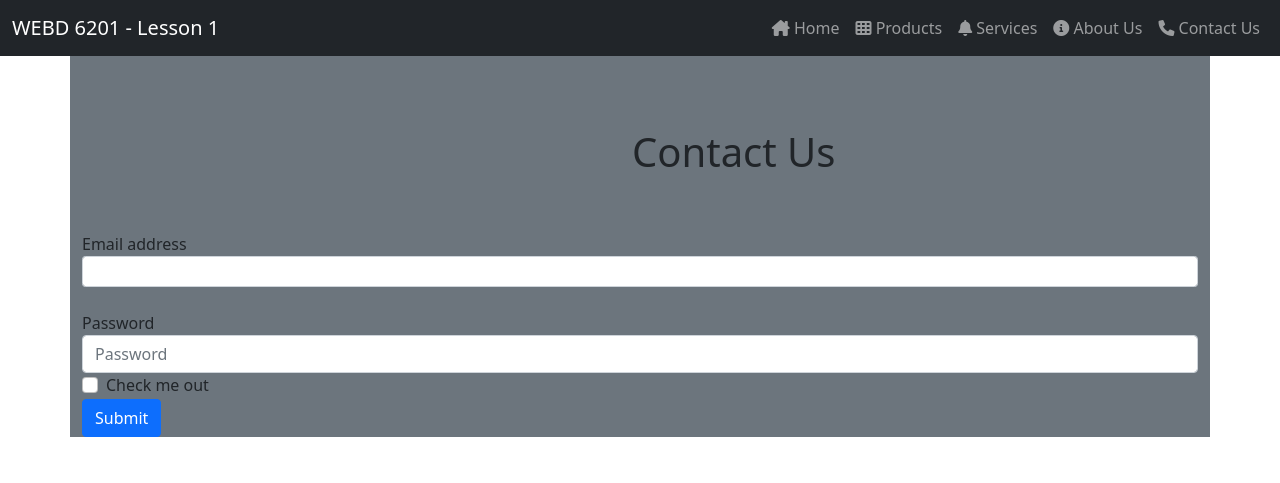
Repository: devanshudave1901/DevanshuDave_AngaranYogeswaranLab2
Page: contact.html
An editor plug-in stored every save of this project. The page is shown before and after the next save, followed by the edit.
The browser window is 1280 px wide. The pictures show the whole page.

Above is the page before, as saved 2022-02-10 12:18:43.

After the next save:
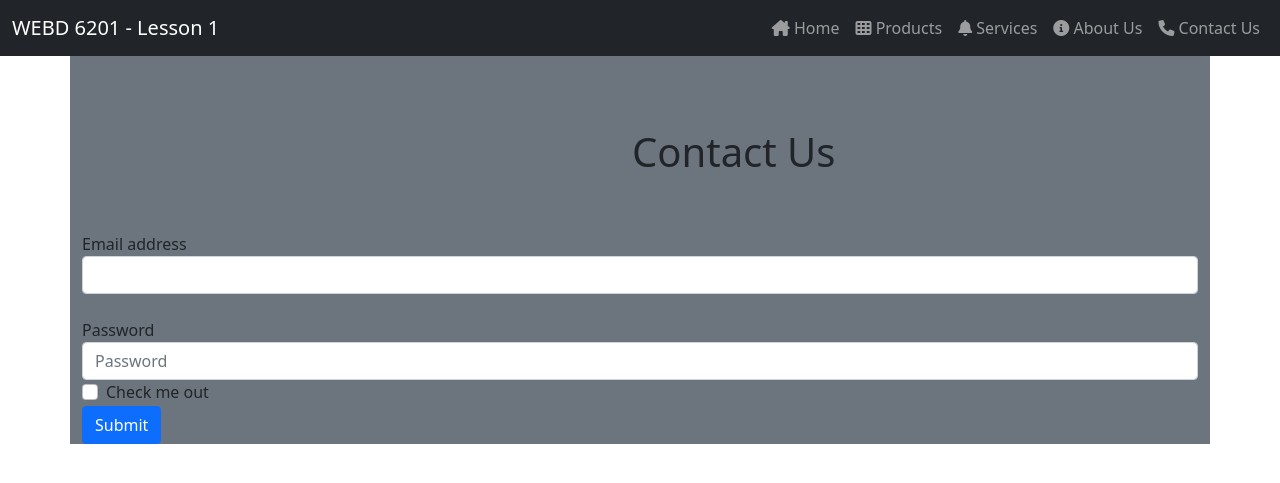
Saved 7 s later.
--- a/contact.html
+++ b/contact.html
@@ -70,8 +70,8 @@
       <br />
       <br />
 
-      <form class="col-xs-2">
-        <div class="form-group input-group-sm">
+      <form>
+        <div class="form-group">
           <label for="exampleInputEmail1"> Email address</label>
           <input type="email" class="form-control" id="exampleInputEmail1" />
         </div>
@@ -80,7 +80,7 @@
           <label for="exampleInputPassword1">Password</label>
           <input
             type="password"
-            class="form-control"
+            class="form-control input-group-sm"
             id="exampleInputPassword1"
             placeholder="Password"
             rows="3"
